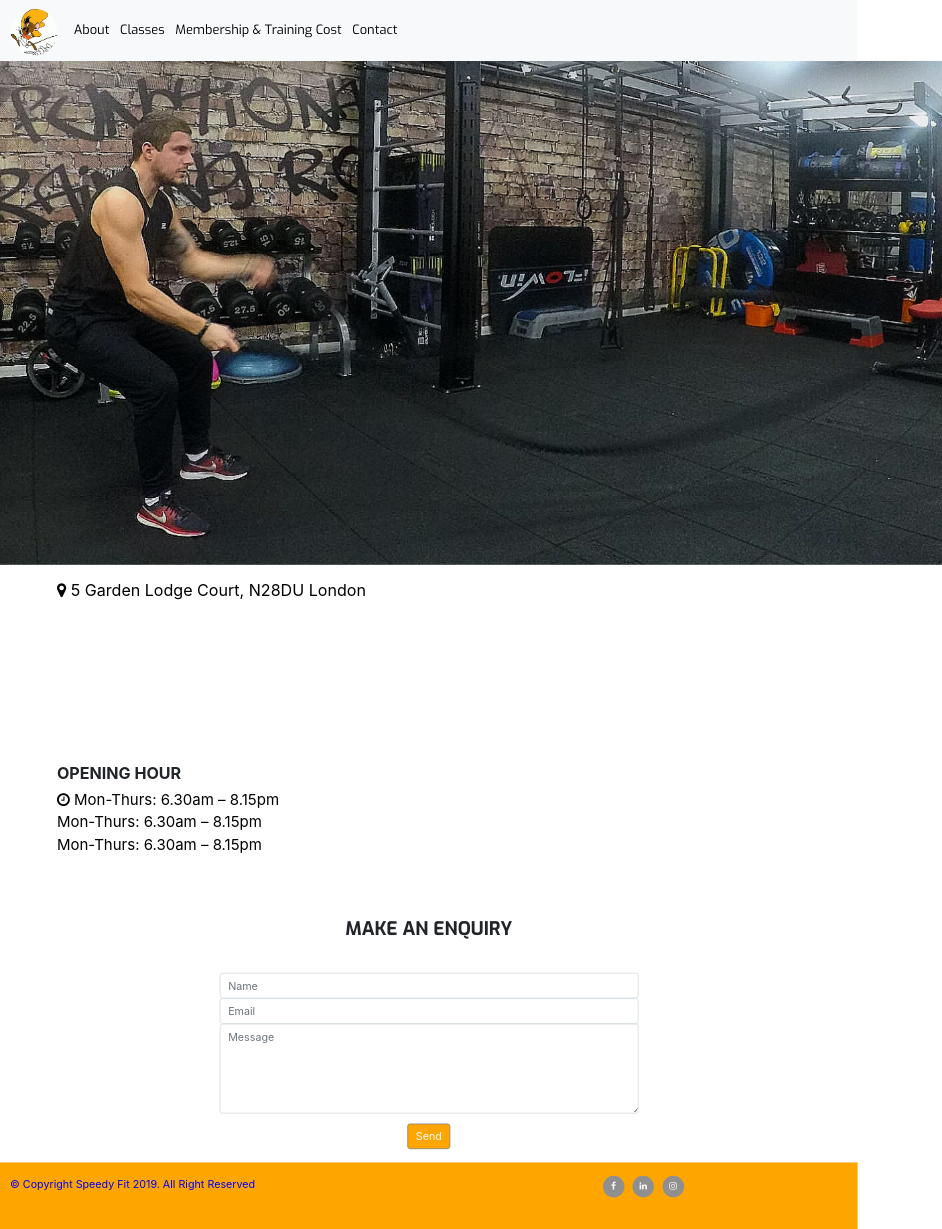
Repository: marcomoreschi/Milestrone-project
Page: membership&trainingcost.html
The author's editor kept a record of every edit. The page is drawn from the files as they stood at one moment, then again after the next edit.
The browser window is 1280 px wide. The page is 1406 px wide, then 1280 px, so the pictures cover 1406 px, including what lies to the right of the window. The pictures show the whole page, at 67% of full size.
Pictures or frames that could not be fetched are drawn as grey boxes. Some web libraries are served in a nearby version.

Above is the page before.

After the next edit:
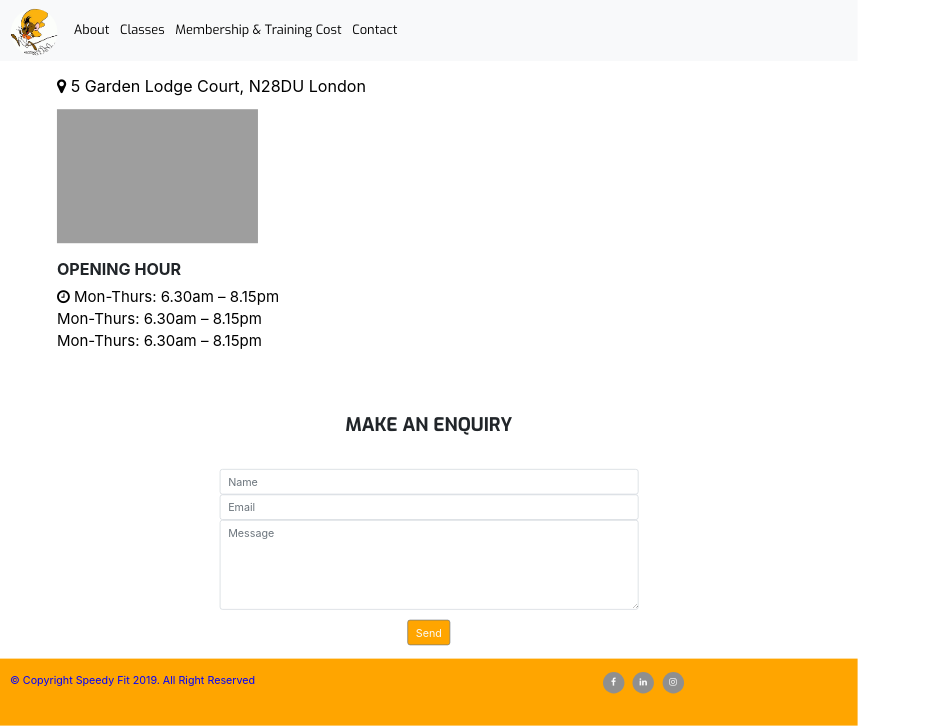
The edit:
--- a/membership&trainingcost.html
+++ b/membership&trainingcost.html
@@ -42,7 +42,7 @@
         </nav>
 
     </header>
-   <div><img src="assets/images/rope.jpg"></img>
+
     <section class="container location-gym">
         <p> <i class="fa fa-map-marker" aria-hidden="true"></i> 5 Garden Lodge Court, N28DU London</p>
 
